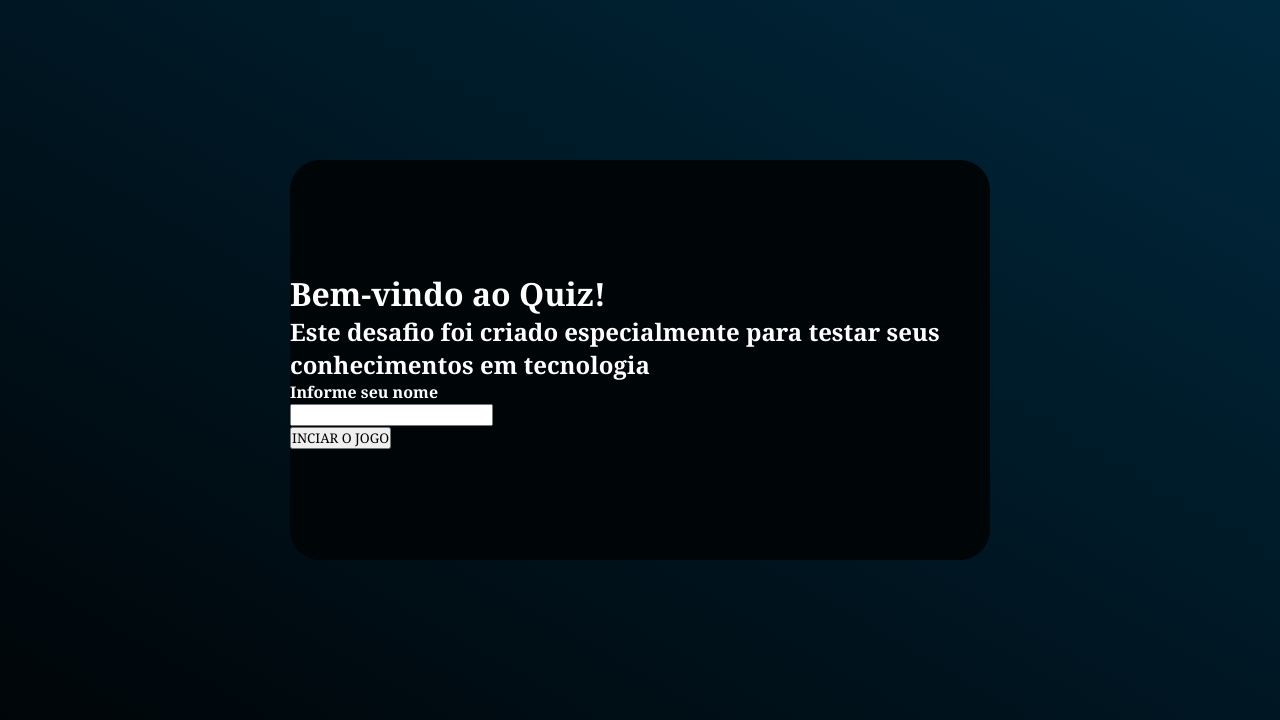
Repository: LaisSilvaO/Projeto-Quizz
Page: telas/apresentação.html
An editor plug-in stored every save of this project. The page is shown before and after the next save, followed by the edit.
The browser window is 1280 px wide. The pictures show the whole page.

Above is the page before, as saved 2024-12-25 21:35:59.

After the next save:
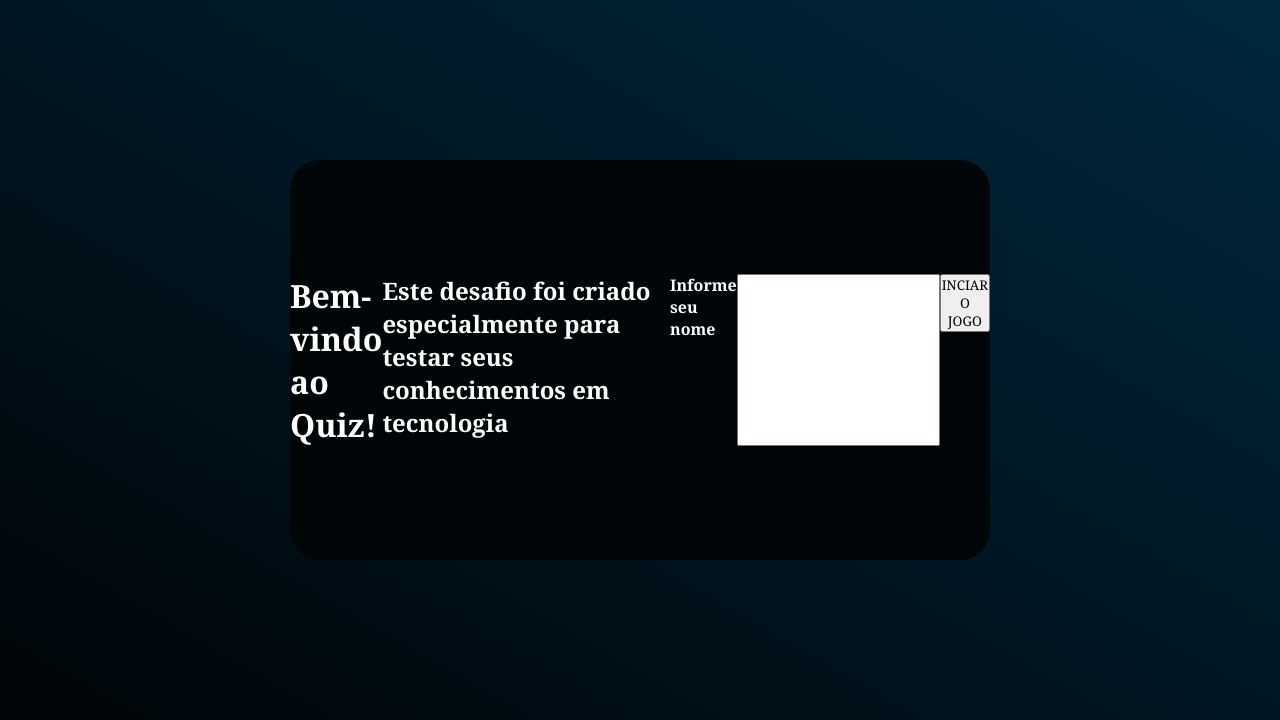
Saved 44 s later.
--- a/img/tela.css
+++ b/img/tela.css
@@ -91,3 +91,7 @@ main {
     left: 0px;  /* Retorna ao canto superior esquerdo */
 }
 }
+div{
+  display: flex;
+
+}

After the save that followed:
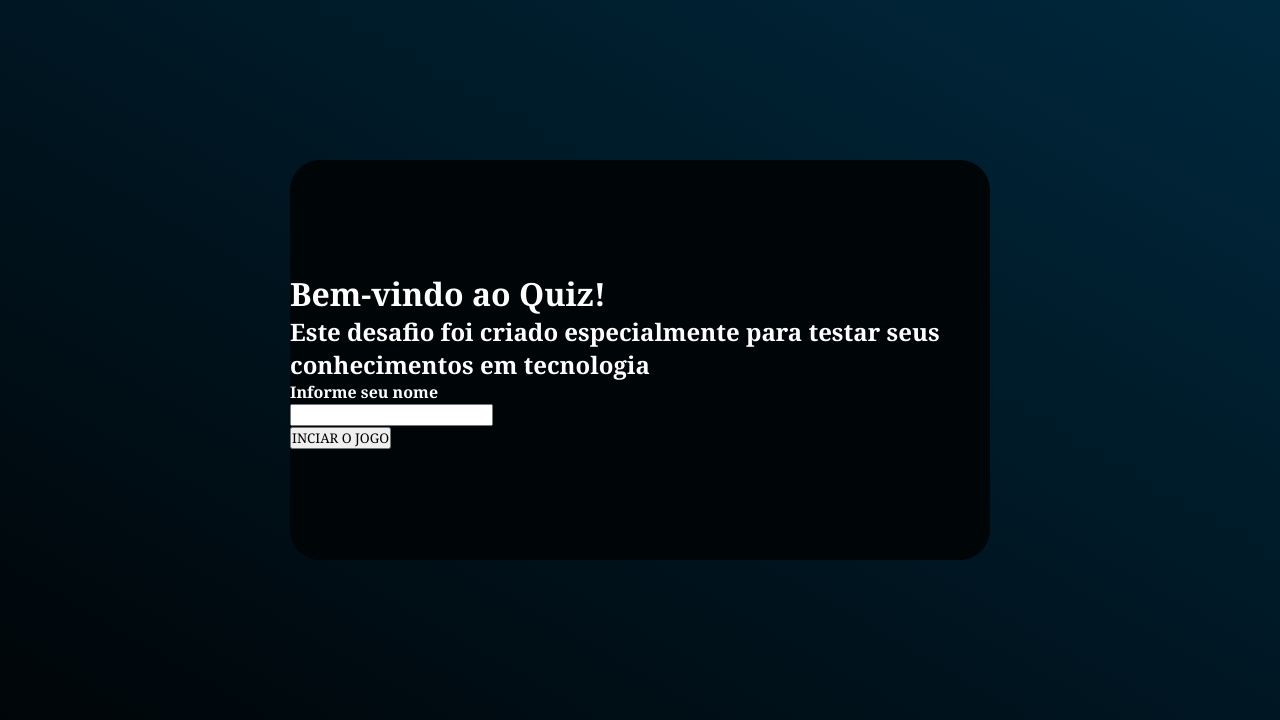
Saved 14 s later.
--- a/img/tela.css
+++ b/img/tela.css
@@ -92,6 +92,6 @@ main {
 }
 }
 div{
-  display: flex;
+
 
 }
